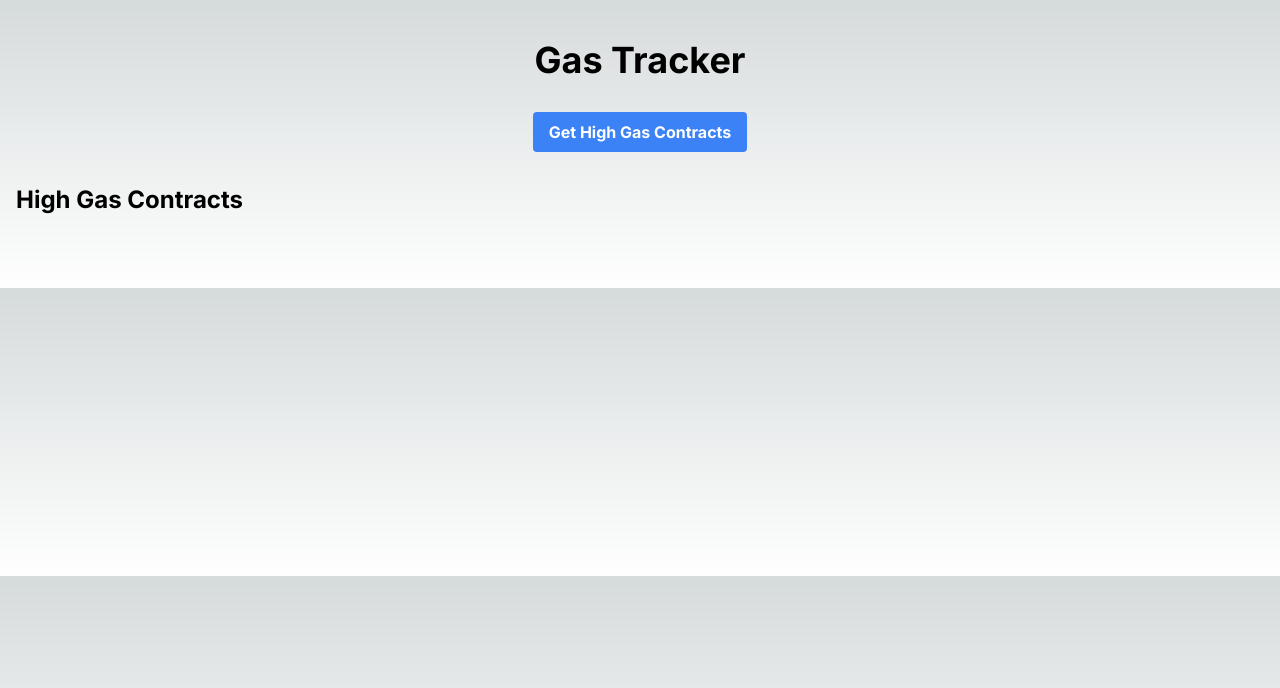
Repository: a7351220/ethereum-gas-tracker
Page: /
An editor plug-in stored every save of this project. The page is shown before and after the next save, followed by the edit.
The browser window is 1280 px wide. The pictures show the whole page.
The project was rebuilt for these pictures with package versions that can differ from the ones it lists, and the page was loaded fresh each time. The framework's server and built-in components were replaced by stand-ins that run in the browser. Also part of the build but not shown: next.config.mjs, src/components/ContractAnalysis/index.tsx.

Above is the page before, as saved 2024-07-03 15:51:52.

### src/app/page.tsx
'use client'

import { useState } from 'react'
import ContractList from '@/components/ContractList'
import ContractAnalysis from '@/components/ContractAnalysis'
import { Contract } from '@/types'

export default function Home() {
  const [contracts, setContracts] = useState<Contract[]>([])
  const [selectedContract, setSelectedContract] = useState<Contract | null>(null)
  const [isLoading, setIsLoading] = useState(false)

  const fetchHighGasContracts = async () => {
    setIsLoading(true)
    try {
      const response = await fetch('/api/getHighGasContracts')
      const data = await response.json()
      setContracts(data)
    } catch (error) {
      console.error('Error fetching high gas contracts:', error)
    }
    setIsLoading(false)
  }

  return (
    <main className="container mx-auto py-10 px-4">
      <h1 className="text-4xl font-bold text-center mb-8">Gas Tracker</h1>
      <div className="text-center mb-8">
        <button
          className="bg-blue-500 hover:bg-blue-700 text-white font-bold py-2 px-4 rounded"
          onClick={fetchHighGasContracts}
          disabled={isLoading}
        >
          {isLoading ? 'Loading...' : 'Get High Gas Contracts'}
        </button>
      </div>
      <ContractList
        contracts={contracts}
        onSelectContract={setSelectedContract}
      />
      {selectedContract && (
        <ContractAnalysis contract={selectedContract} />
      )}
    </main>
  )
}

### src/components/ContractList/index.tsx
import { Contract } from '@/types'

interface ContractListProps {
  contracts: Contract[]
  onSelectContract: (contract: Contract) => void
}

const ContractList: React.FC<ContractListProps> = ({ contracts, onSelectContract }) => {
  return (
    <div className="mb-8">
      <h2 className="text-2xl font-bold mb-4">High Gas Contracts</h2>
      <ul className="space-y-3">
        {contracts.map((contract) => (
          <li
            key={contract.address}
            className="p-3 border border-gray-200 rounded-md cursor-pointer hover:bg-gray-50"
            onClick={() => onSelectContract(contract)}
          >
            <div className="font-semibold">{contract.address}</div>
            <div className="text-sm text-gray-500">Gas Used: {contract.gasUsed}</div>
          </li>
        ))}
      </ul>
    </div>
  )
}

export default ContractList

Loaded but not shown: src/app/layout.tsx (common file); src/app/globals.css (common file); tailwind.config.ts (common file)

After the next save:
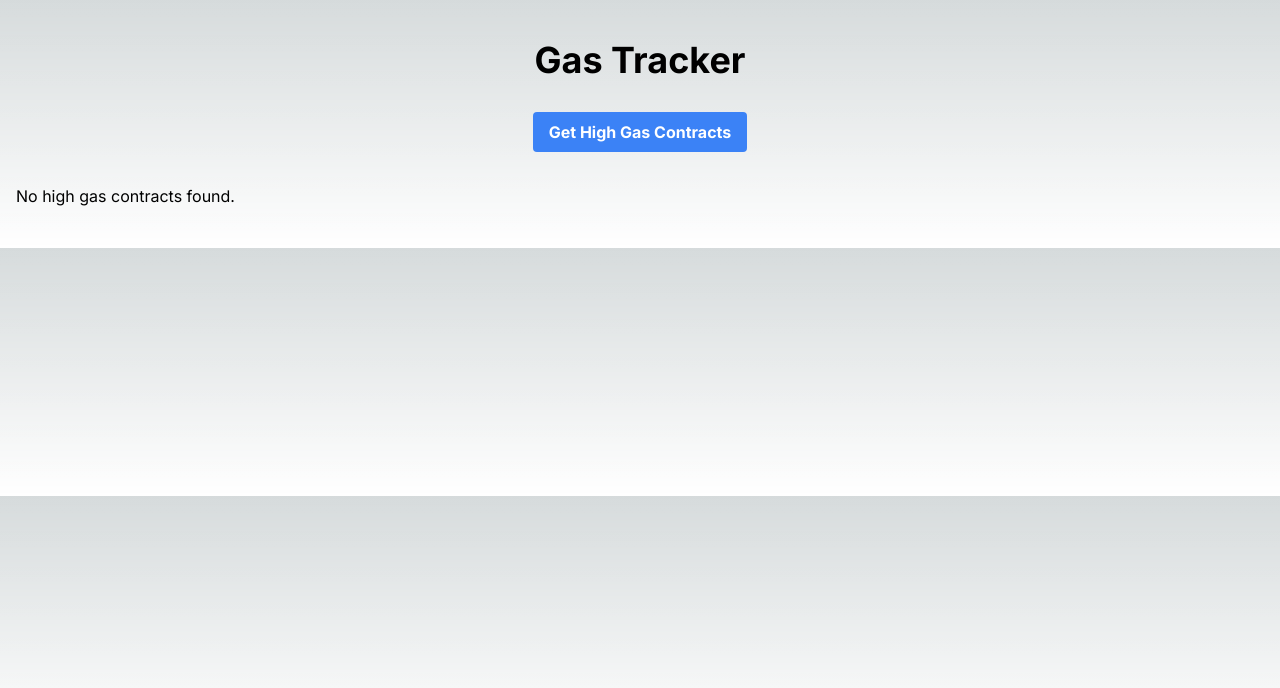
Saved 2 min 9 s later.
--- a/src/components/ContractList/index.tsx
+++ b/src/components/ContractList/index.tsx
@@ -1,11 +1,25 @@
-import { Contract } from '@/types'
+import React from 'react';
+import { Contract } from '@/types';
 
 interface ContractListProps {
-  contracts: Contract[]
-  onSelectContract: (contract: Contract) => void
+  contracts: Contract[] | null;
+  onSelectContract: (contract: Contract) => void;
 }
 
 const ContractList: React.FC<ContractListProps> = ({ contracts, onSelectContract }) => {
+  if (!contracts) {
+    return <div>No contracts data available.</div>;
+  }
+
+  if (!Array.isArray(contracts)) {
+    console.error('Contracts data is not an array:', contracts);
+    return <div>Error: Invalid contracts data format.</div>;
+  }
+
+  if (contracts.length === 0) {
+    return <div>No high gas contracts found.</div>;
+  }
+
   return (
     <div className="mb-8">
       <h2 className="text-2xl font-bold mb-4">High Gas Contracts</h2>
@@ -22,7 +36,7 @@ const ContractList: React.FC<ContractListProps> = ({ contracts, onSelectContract
         ))}
       </ul>
     </div>
-  )
-}
+  );
+};
 
-export default ContractList
+export default ContractList;
